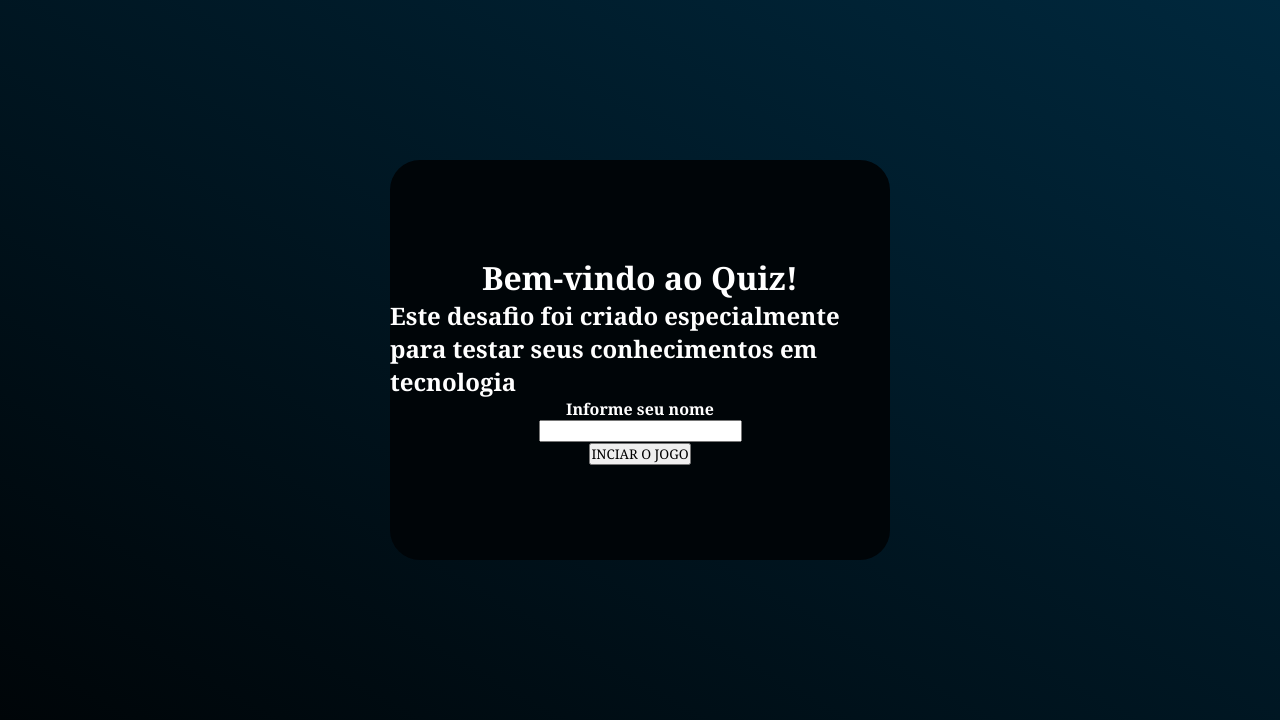
Repository: LaisSilvaO/Projeto-Quizz
Page: telas/apresentação.html
An editor plug-in stored every save of this project. The page is shown before and after the next save, followed by the edit.
The browser window is 1280 px wide. The pictures show the whole page.

Above is the page before, as saved 2024-12-25 19:28:57.

### telas/apresentação.html
<!DOCTYPE html>
<html lang="pt-br">

<head>
    <meta charset="UTF-8">
    <meta name="viewport" content="width=device-width, initial-scale=1.0">
    <title>Quiz</title>
    <link rel="stylesheet" href="../img/tela.css">
</head>

<body>
    <div class="box1">
        <div class="box2">
            <H1> Bem-vindo ao Quiz!</H1>

            <h2>Este desafio foi criado especialmente para testar seus conhecimentos em tecnologia


            </h2>
            <h4>Informe seu nome </h4>
            <input type="text" id="nome">
            <A href="index.html">
                <h4><button>INCIAR O JOGO</button></h4>
            </A>
        </div>
    </div>

</body>

</html>

### img/tela.css
* {
  margin: 0;
  padding: 0;
  box-sizing: border-box;
  font-family: Cambria, Cochin, Georgia, Times, 'Times New Roman', serif;
}

body {
  height: 100vh;
  display: flex;
  justify-content: center;
  align-items: center;
  background: linear-gradient(210deg, #00283d, #000508);
}

main {
  background-color: white;
  padding: 10px;
  border-radius: 10px;
  width: 100%;
  max-width: 600px;
  min-height: 400px;
  display: flex;
  justify-content: center;
  align-items: center;
}

.box2 {
  color: white;
  position: relative;
  width: 500px;
  height: 400px;
  background-color: #000508;
  border-radius: 30px;
  display: flex;
  justify-content: center;
  align-items: center;
  flex-direction: column;
  overflow: hidden;
}

After the next save:
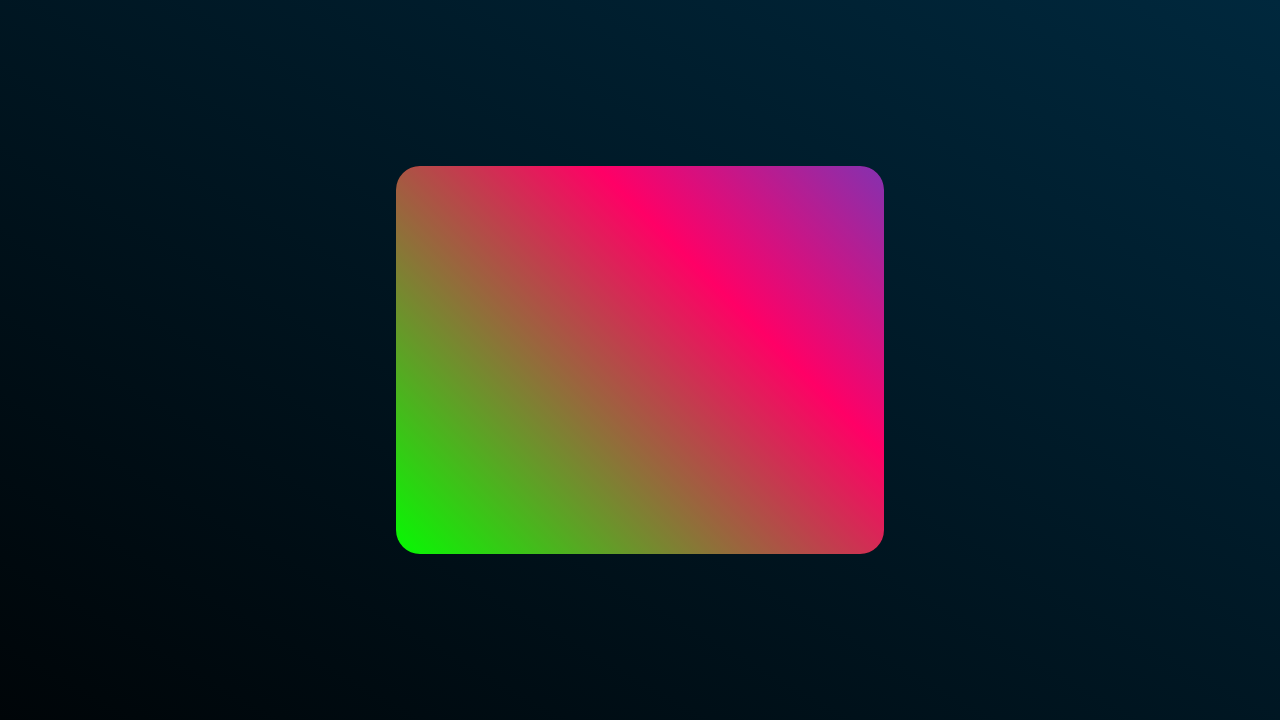
Saved 57 s later.
--- a/img/tela.css
+++ b/img/tela.css
@@ -37,4 +37,41 @@ main {
   align-items: center;
   flex-direction: column;
   overflow: hidden;
+  padding: 20px;
+  /* Border effect */
+  border: 6px solid transparent;
+  border-radius: 30px;
+  background-clip: padding-box;
 }
+
+.box2::before {
+  content: '';
+  position: absolute;
+  top: -6px;
+  left: -6px;
+  width: calc(100% + 12px);
+  height: calc(100% + 12px);
+  border-radius: 30px;
+  border: 2px solid transparent;
+  background-image: linear-gradient(45deg, #00ff00, #ff0066, #0066ff, #ffcc00, #00ff00);
+  background-size: 400%;
+  animation: borderAnimation 3s linear infinite;
+}
+
+@keyframes borderAnimation {
+  0% {
+    background-position: 400% 0%;
+  }
+  25% {
+    background-position: 0% 0%;
+  }
+  50% {
+    background-position: 0% 400%;
+  }
+  75% {
+    background-position: 400% 400%;
+  }
+  100% {
+    background-position: 400% 0%;
+  }
+}
